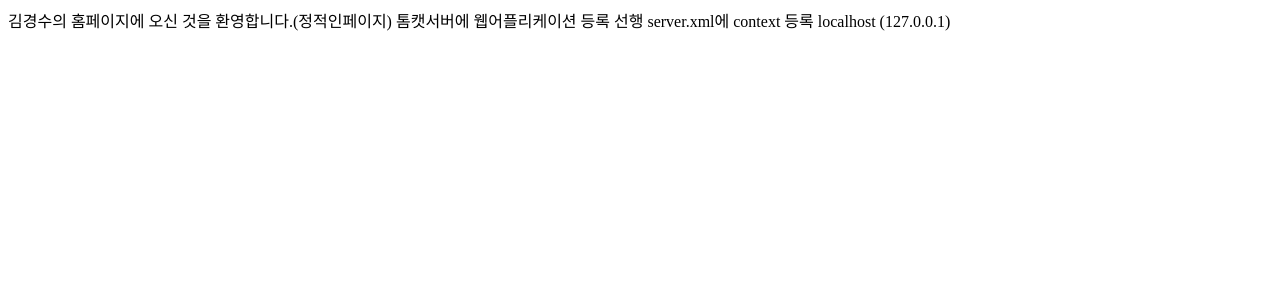
Repository: ainokks071/ServletJSP
Page: WEB/webapp/index.html
An editor plug-in stored every save of this project. The page is shown before and after the next save, followed by the edit.
The browser window is 1280 px wide. The pictures show the whole page.

Above is the page before, as saved 2023-07-31 07:46:33.

After the next save:
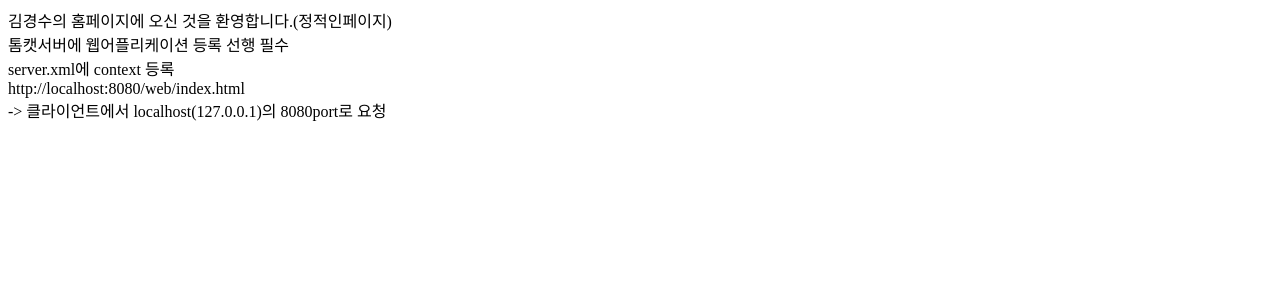
Saved 6 min 30 s later.
--- a/WEB/webapp/index.html
+++ b/WEB/webapp/index.html
@@ -6,9 +6,10 @@
 </head>
 <body>
 
-김경수의 홈페이지에 오신 것을 환영합니다.(정적인페이지)
-톰캣서버에 웹어플리케이션 등록 선행
-server.xml에 context 등록
-localhost (127.0.0.1)
+김경수의 홈페이지에 오신 것을 환영합니다.(정적인페이지) <br>
+톰캣서버에 웹어플리케이션 등록 선행 필수 <br>
+server.xml에 context 등록 <br>
+http://localhost:8080/web/index.html <br>
+-> 클라이언트에서 localhost(127.0.0.1)의 8080port로 요청<br>
 </body>
 </html>
